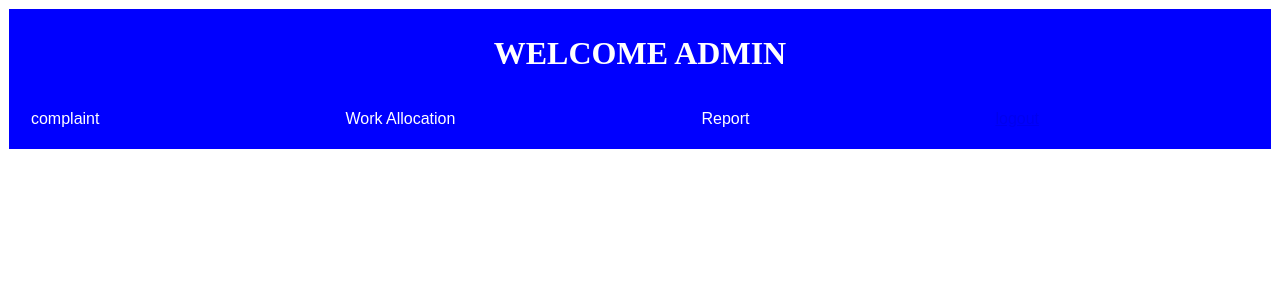
Repository: Jobinte/KSEB-PROJECT
Page: KSEB-complaint-management/WebContent/admin.html
These files come from the project's save history. The page is drawn as it stood at one moment and after the next save; the edit follows.
The browser window is 1280 px wide. The pictures show the whole page.

Above is the page before, as saved 2023-11-22 07:36:55.

After the next save:
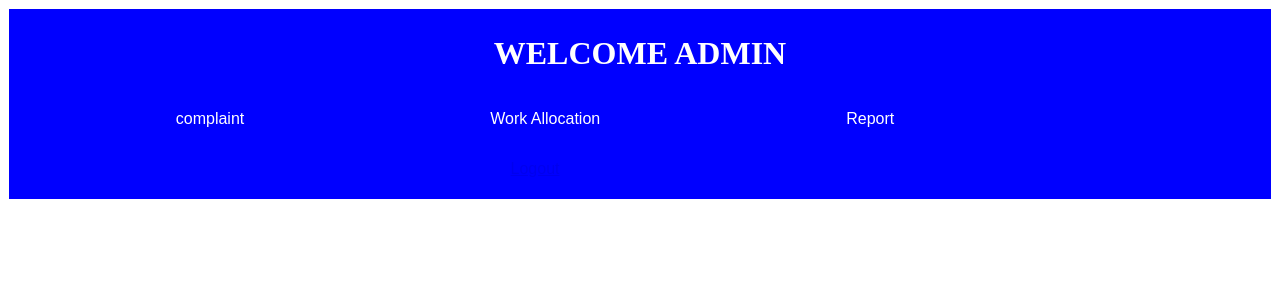
Saved 67 s later.
--- a/KSEB-complaint-management/WebContent/admin.html
+++ b/KSEB-complaint-management/WebContent/admin.html
@@ -36,7 +36,7 @@
   </div>
 </div>
 <div class="dropdown">
-  <button class="dropbtn" ><a href ="index.html" >logout</a></button>
+  <button class="dropbtn" ><a href ="index.html"  color:white>Logout</a></button>
   <div class="dropdown-content">
 
   </div>
